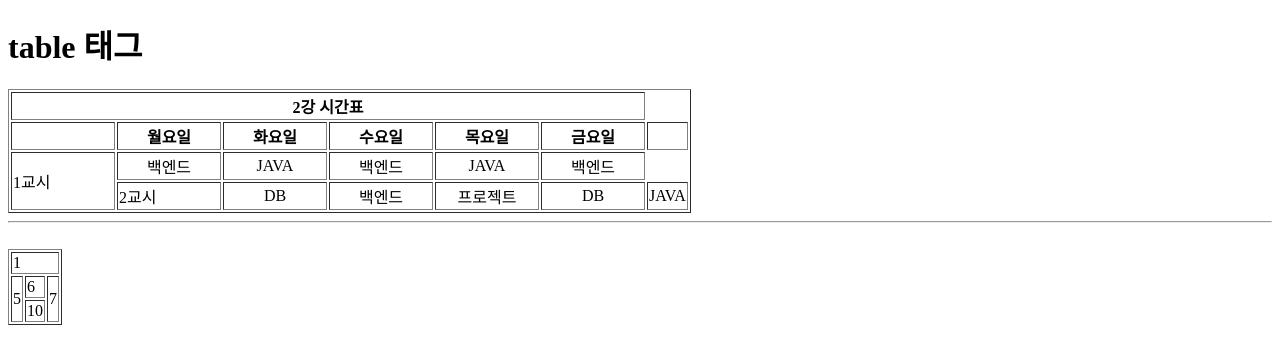
Repository: KimMinseooo/itwillStudy
Page: BACKEND/JSP/workspace_jsp/StudyHTML/src/main/webapp/1022/test3.html
An editor plug-in stored every save of this project. The page is shown before and after a run of saves, followed by the edit.
The browser window is 1280 px wide. The pictures show the whole page.

Above is the page before, as saved 2024-10-25 05:00:46.

After the next 2 saves:
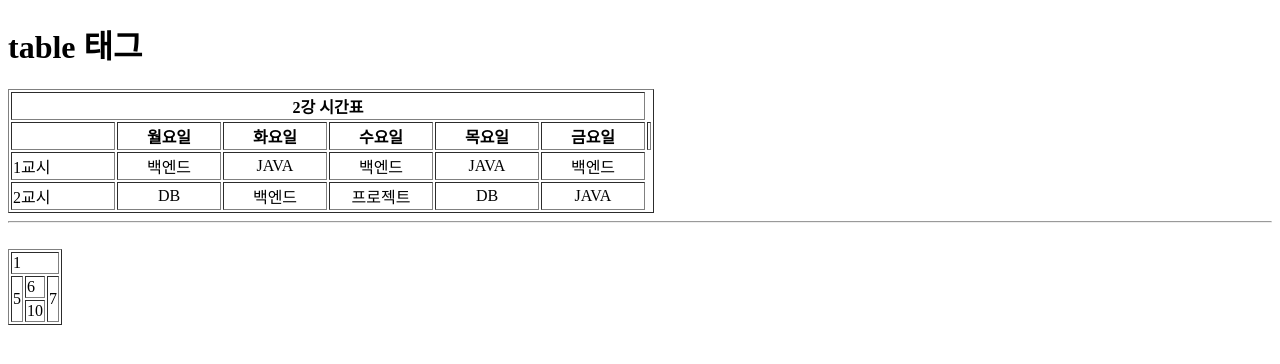
The 2 saves are shown as one change because they came seconds apart.
The last was saved 10 s later.
--- a/BACKEND/JSP/workspace_jsp/StudyHTML/src/main/webapp/1022/test3.html
+++ b/BACKEND/JSP/workspace_jsp/StudyHTML/src/main/webapp/1022/test3.html
@@ -21,7 +21,7 @@
 			<th></th>
 		</tr>
 		<tr>
-			<td rowspan="3">1교시</td>
+			<td>1교시</td>
 			<td align="center" >백엔드</td>
 			<td align="center">JAVA</td>
 			<td align="center">백엔드</td>
